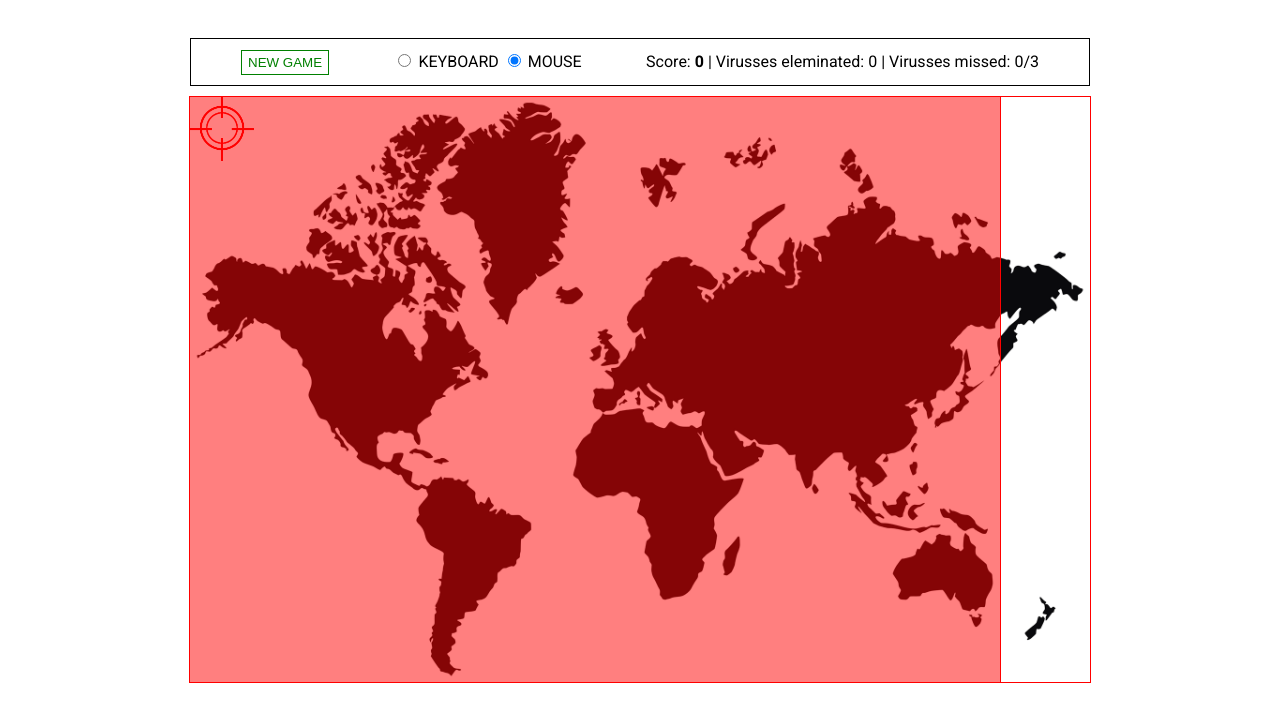
Repository: Baterka/DestroyTheVirus
Page: index.html
The author's editor kept a copy of each file at every save. The page is drawn from the files as they stood at one save, then again after the next save.
The browser window is 1280 px wide. The pictures show the whole page.

Above is the page before, as saved 2020-03-19 21:43:42.

After the next save:
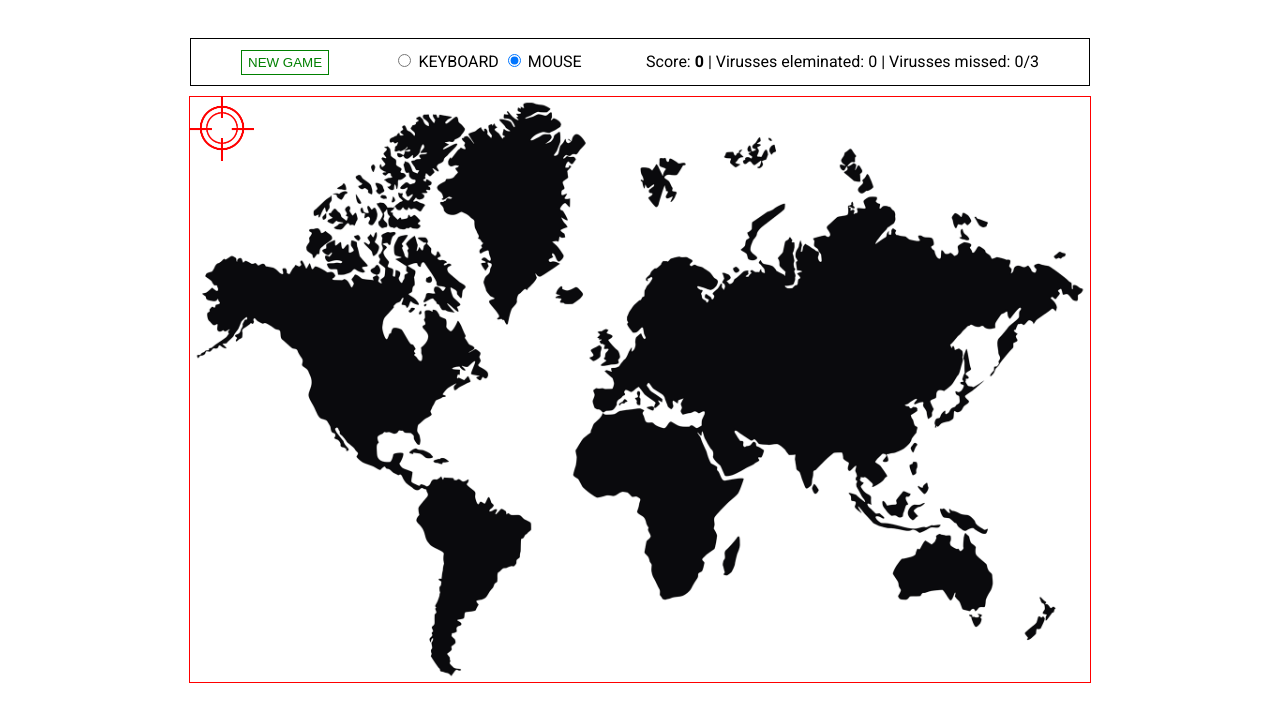
Saved 50 s later.
--- a/style.css
+++ b/style.css
@@ -100,8 +100,9 @@ button {
 
 #deadZone {
     z-index: 0;
-    width: 90%;
-    height: 100%;
+    position: absolute;
+    top: 0;
+    left: 0;
     background-color: rgba(255, 0, 0, 0.5);
     border-right: 1px solid red;
 }
